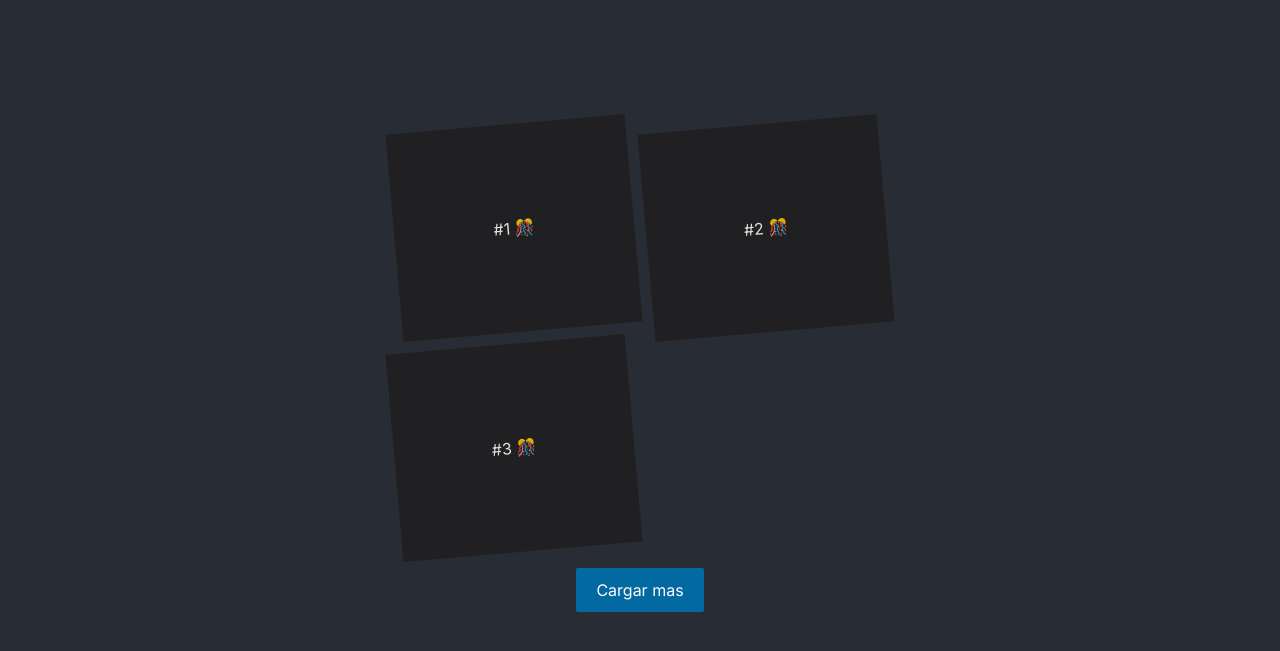
Repository: devsecops-node/simple-play
Page: /recomendations
The author's editor kept a copy of each file at every save. The page is drawn from the files as they stood at one save, then again after the next save.
The browser window is 1280 px wide. The pictures show the whole page.
The project was rebuilt for these pictures with package versions that can differ from the ones it lists, and the page was loaded fresh each time. The framework's server and built-in components were replaced by stand-ins that run in the browser. Also part of the build but not shown: next.config.mjs.

Above is the page before, as saved 2024-06-21 19:22:29.

### src/app/recomendations/page.tsx
"use client"
import React from 'react'
import Container from '../_components/Container'
import Card from '../_components/Card'
import styles from "../_styles/cards.module.css"
import { useState, useRef } from 'react'

export interface RecomendationUI2 {
  id: number
  recomenda: string
}

const page = () => {
  const [hover, setHover] = useState(false);
  const [count, setCount] = useState(0)
  const recom: RecomendationUI2[] = [
    { id: 1, recomenda: 'Cuando sonries, el mundo entero se detiene, es tan triste que no lo veas' },
    { id: 2, recomenda: 'Si me preguntas que si te ves bien, diria que no hay nada que cambiaria, eres increible, tal como eres' },
    { id: 3, recomenda: 'Ya deja de preocuparte, recuerda que' }]

  const rightMove = () => {

  }

  const leftMove = () => {

  }
  return (
    <Container>
      <div className={styles.container}>
        <div className={styles.cards}>
          {recom.map((dat) => (
            <Card key={dat.id} recomenda={dat} />
          ))}
        </div>

      </div>
      <button
        onMouseEnter={() => rightMove()}
        onMouseLeave={() => leftMove()}
        className={` px-2 py-1 bg-sky-700 rounded-sm ${styles.animation_button}`}
      >
        Cargar mas
      </button>
    </Container>
  )
}

export default page

### src/app/globals.css
@tailwind base;
@tailwind components;
@tailwind utilities;

:root {
  --foreground-rgb: 0, 0, 0;
  --background-start-rgb: 214, 219, 220;
  --background-end-rgb: 255, 255, 255;
}

@media (prefers-color-scheme: dark) {
  :root {
    --foreground-rgb: 255, 255, 255;
    --background-start-rgb: 0, 0, 0;
    --background-end-rgb: 0, 0, 0;
  }
}

body {
  color: rgb(var(--foreground-rgb));
  background: linear-gradient(to bottom,
      transparent,
      rgb(var(--background-end-rgb))) rgb(var(--background-start-rgb));
}

@layer utilities {
  .text-balance {
    text-wrap: balance;
  }
}

input {
  color: black;
  padding: 3px 5px;
  border-radius: 0.125rem;
  -webkit-border-radius: 0.125rem;
  -moz-border-radius: 0.125rem;
  -ms-border-radius: 0.125rem;
  -o-border-radius: 0.125rem;
  font-size: 15px;
  border: none;
}

input[type=text]:focus {
  outline: 2px solid #0284c7;
}
/* Resource for Card */

### src/app/_components/Container.tsx
import React from 'react'

const Container = ({ children }: { children: React.ReactNode }) => {
  return (
    <div className='bg-[#282c34] h-screen text-white flex flex-col items-center justify-center'>
      {children}
    </div>
  )
}

export default Container

### src/app/_components/Card.tsx
"use client"
import React, { useState } from 'react'
import styles from "../_styles/cards.module.css"
import { RecomendationUI2 } from '../recomendations/page'

// h-[120px] w-[200px] cursor-pointer p-4 rounded-md bg-white shadow-md text-black transition-all duration-150 hover:scale-105
const Card = ({ recomenda }: { recomenda: RecomendationUI2 }) => {
  const [status, setStatus] = useState(false)
  return (
    <div className={styles.card} onMouseEnter={() => setStatus(true)} onMouseLeave={() => setStatus(false)}>
      <h2 className={styles.card_title}>#{recomenda.id} 🎊</h2>
      {status ? (<p className={styles.texto}>{recomenda.recomenda}</p>) : null}
    </div>
  )
}

export default Card

### src/app/_styles/cards.module.css
.container {
  width: 100%;
  padding: 1rem 0;
  display: grid;
  place-content: center;

  .cards {
    display: grid;
    grid-template-columns: repeat(2, 1fr);
    gap: 0.75rem;
    pointer-events: none;
  }
}

.card {
  height: 13rem;
  width: 15rem;
  color: #ffffffda;
  padding: 1.5rem;
  background-color: #202022;
  pointer-events: auto;
  opacity: 1;
  transition: all 0.5s ease-in-out;
  display: flex;
  justify-items: center;
  align-items: center;
  flex-direction: column;
  -webkit-transition: all 0.5s ease-in-out;
  -moz-transition: all 0.5s ease-in-out;
  -ms-transition: all 0.5s ease-in-out;
  -o-transition: all 0.5s ease-in-out;
  transform: rotate(-5deg);
}
@media(max-width:720px){
  .card{
    min-height: 8rem;
    width: 10rem;
    overflow-y: scroll;
  }
  .texto{
    letter-spacing: -0.05em;
    font-size: 12px;
  }
}

.card:hover {
  transform: scale(1.2);
  -webkit-transform: scale(1.2);
  -moz-transform: scale(1.2);
  -ms-transform: scale(1.2);
  -o-transform: scale(1.2);
  border: 1px solid wheat;
  z-index: 10;
}
.card_title{
  margin: auto 0;
}
.animation_button{
  padding: 10px 20px;
  font-size: 16px;
  cursor: pointer;
  position: relative;
  transition: transform 0.5s ease;
  -webkit-transition: transform 0.5s ease;
  -moz-transition: transform 0.5s ease;
  -ms-transition: transform 0.5s ease;
  -o-transition: transform 0.5s ease;
}
.animation_button:hover {

}

Loaded but not shown: src/app/layout.tsx (common file); tailwind.config.ts (common file)

After the next save:
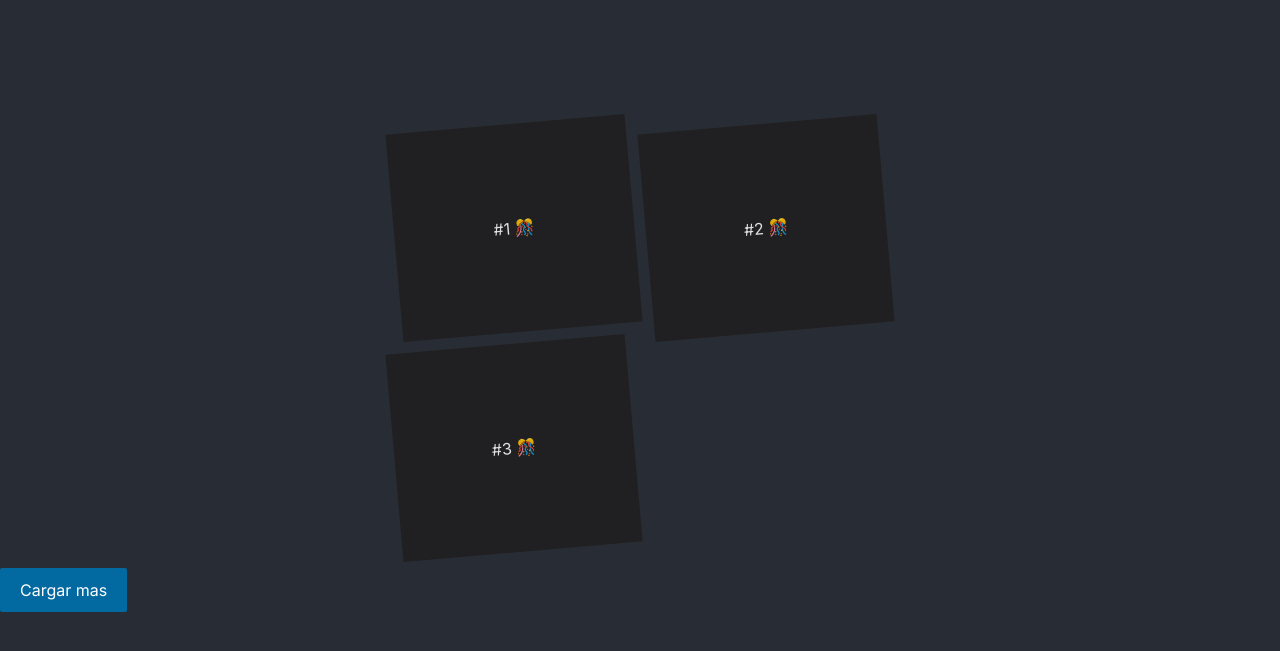
Saved 10 s later.
--- a/src/app/recomendations/page.tsx
+++ b/src/app/recomendations/page.tsx
@@ -38,7 +38,7 @@ const page = () => {
       <button
         onMouseEnter={() => rightMove()}
         onMouseLeave={() => leftMove()}
-        className={` px-2 py-1 bg-sky-700 rounded-sm ${styles.animation_button}`}
+        className={`self-start px-2 py-1 bg-sky-700 rounded-sm ${styles.animation_button}`}
       >
         Cargar mas
       </button>
